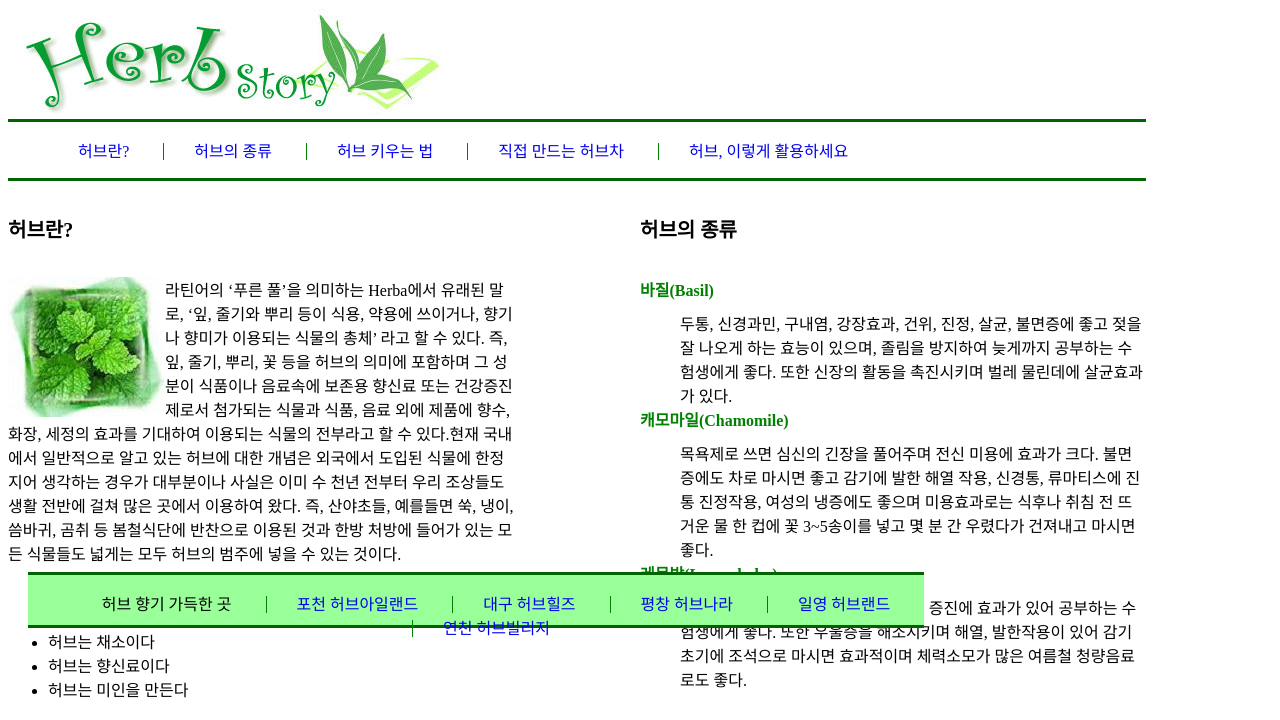
Repository: RyuJelly/java_web
Page: CSS/WebContent/exam2/layout.htm
An editor plug-in stored every save of this project. The page is shown before and after the next save, followed by the edit.
The browser window is 1280 px wide. The pictures show the whole page.

Above is the page before, as saved 2021-03-08 06:21:25.

### CSS/WebContent/exam2/layout.htm
<!DOCTYPE HTML PUBLIC "-//W3C//DTD HTML 4.01//EN" "http://www.w3.org/TR/html4/strict.dtd">
<html>
<head>
<title>레이아웃 연습하기</title>
<meta http-equiv="Content-Type" content="text/html; charset=UTF-8">
<style type="text/css">
	#menu{
		width: 90%;
		border-top: 3px solid darkgreen;
		border-bottom: 3px solid darkgreen;
	}

	#menu li{
		display: inline;
		border-left: 1px solid darkgreen;
		border-color: green;
		padding-left: 30px;
		margin-right: 30px;
	}
	li#first{
		border-left: none;
	}

	#content1{
		width: 40%;
		float: left;
		margin-right: 10%;
	}
	#content1 img{
		float: left;
	}

	#content2{
		width: 40%;
		float: right;
		margin-right: 10%;
	}
	#infolist{
		width: 70%;
		text-align: center;
		border-top: 3px solid darkgreen;
		border-bottom: 3px solid darkgreen;
		height: 50px;
		background-color: #99ff99;
		margin: 20px;
		bottom: 10%;
		position: absolute;
	}
	#infolist li{
		display: inline;
		border-left: 1px solid darkgreen;
		border-color: green;
		padding-left: 30px;
		margin-right: 30px;
	}
	li#list_title{
		border-left: none;
	}
	a {
		text-decoration: none;
	}
	a:visited{color: green;}
	h5{
		font-size: 20px;
		font-weight: bold;
	}
	dt{
		color:green;
		font-weight: bold;
		margin-bottom: 10px;
		}
</style>
</head>
<body>

<div>
	<img src="images/herblogo.jpg">
</div>

<div id="menu">
 <ul>
  <li id="first"><a href="#">허브란?</a></li>
  <li><a href="#">허브의 종류</a></li>
  <li><a href="#">허브 키우는 법</a></li>
  <li><a href="#">직접 만드는 허브차</a></li>
  <li><a href="#">허브, 이렇게 활용하세요</a></li>
 </ul>
</div>

<div id="content1">
 <h5>허브란? </h5>
 <img src="images/balm.jpg" id="balm">
 <p>라틴어의 ‘푸른 풀’을 의미하는 Herba에서 유래된 말로, ‘잎, 줄기와 뿌리 등이 식용, 약용에 쓰이거나, 향기나 향미가 이용되는 식물의 총체’ 라고 할 수 있다. 즉, 잎, 줄기, 뿌리, 꽃 등을 허브의 의미에 포함하며 그 성분이 식품이나 음료속에 보존용 향신료 또는 건강증진제로서 첨가되는 식물과 식품, 음료 외에 제품에 향수, 화장, 세정의 효과를 기대하여 이용되는 식물의 전부라고 할 수 있다.현재 국내에서 일반적으로 알고 있는 허브에 대한 개념은 외국에서 도입된 식물에 한정지어 생각하는 경우가 대부분이나 사실은 이미 수 천년 전부터 우리 조상들도 생활 전반에 걸쳐 많은 곳에서 이용하여 왔다. 즉, 산야초들, 예를들면 쑥, 냉이, 씀바귀, 곰취 등 봄철식단에 반찬으로 이용된 것과 한방 처방에 들어가 있는 모든 식물들도 넓게는 모두 허브의 범주에 넣을 수 있는 것이다.</p>
 <ul>
  <li>허브는 약용식물이다</li>
  <li>허브는 향기식물이다</li>
  <li>허브는 채소이다</li>
  <li>허브는 향신료이다</li>
  <li>허브는 미인을 만든다</li>
 </ul>
</div>

<div id="content2">
 <h5>허브의 종류</h5>
 <dt>바질(Basil)</dt>
  <dd>두통, 신경과민, 구내염, 강장효과, 건위, 진정, 살균, 불면증에 좋고 젖을 잘 나오게 하는 효능이 있으며, 졸림을 방지하여 늦게까지 공부하는 수험생에게 좋다. 또한 신장의 활동을 촉진시키며 벌레 물린데에 살균효과가 있다.</dd>
 <dt>캐모마일(Chamomile)</dt>
  <dd>목욕제로 쓰면 심신의 긴장을 풀어주며 전신 미용에 효과가 크다. 불면증에도 차로 마시면 좋고 감기에 발한 해열 작용, 신경통, 류마티스에 진통 진정작용, 여성의 냉증에도 좋으며 미용효과로는 식후나 취침 전 뜨거운 물 한 컵에 꽃 3~5송이를 넣고 몇 분 간 우렸다가 건져내고 마시면 좋다.</dd>
 <dt>레몬밤(Lemonbalm)</dt>
  <dd>레몬밤의 차는 뇌의 활동 강화, 기억력 증진에 효과가 있어 공부하는 수험생에게 좋다. 또한 우울증을 해소시키며 해열, 발한작용이 있어 감기 초기에 조석으로 마시면 효과적이며 체력소모가 많은 여름철 청량음료로도 좋다.</dd>
</div>

<div id="infolist">
 <ul>
  <li id="list_title">허브 향기 가득한 곳</li>
  <li><a href="http://www.herbisland.net/" target="_blank">포천 허브아일랜드</a></li>
  <li><a href="http://www.herbhillz.com/" target="_blank">대구 허브힐즈</a></li>
  <li><a href="http://www.herbnara.com/" target="_blank">평창 허브나라</a></li>
  <li><a href="http://www.iyherbland.co.kr/" target="_blank">일영 허브랜드</a></li>
  <li><a href="http://www.herbvillage.co.kr/" target="_blank">연천 허브빌리지</a></li>
 </ul>
</div>
</body>
</html>

After the next save:
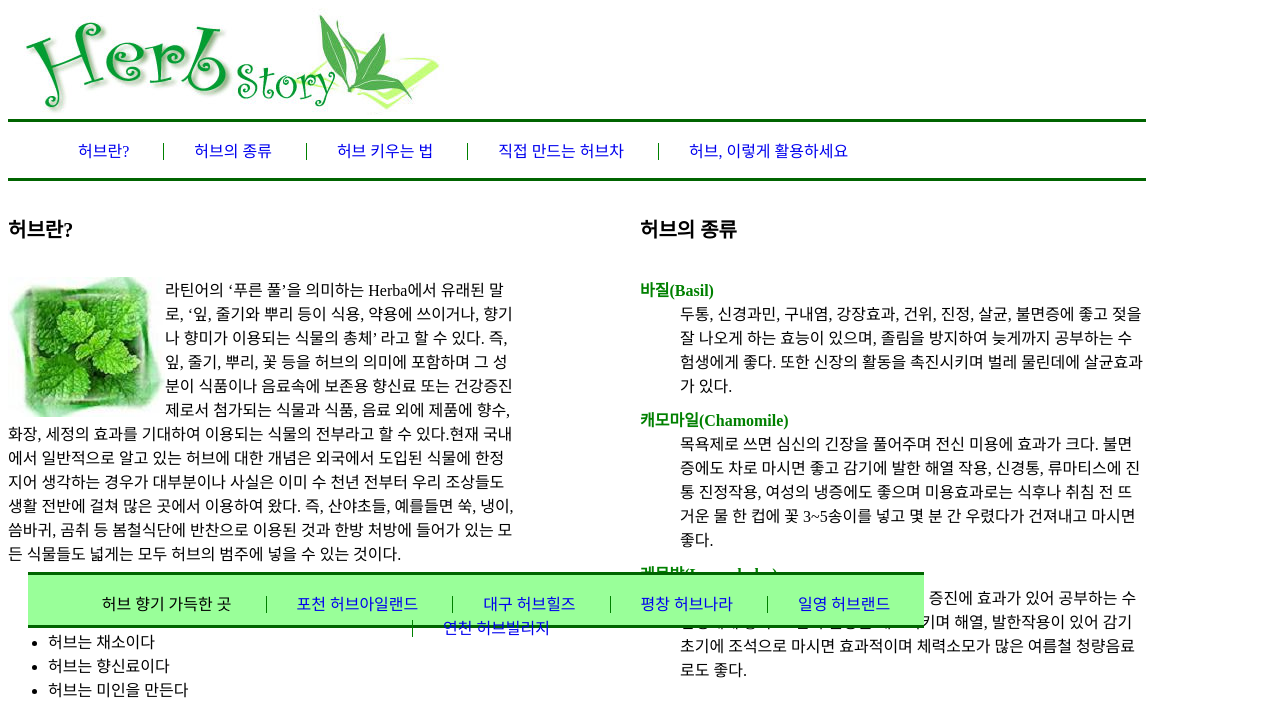
Saved 30 s later.
--- a/CSS/WebContent/exam2/layout.htm
+++ b/CSS/WebContent/exam2/layout.htm
@@ -67,8 +67,8 @@
 	dt{
 		color:green;
 		font-weight: bold;
-		margin-bottom: 10px;
 		}
+	dd{margin-bottom: 10px;}
 </style>
 </head>
 <body>
